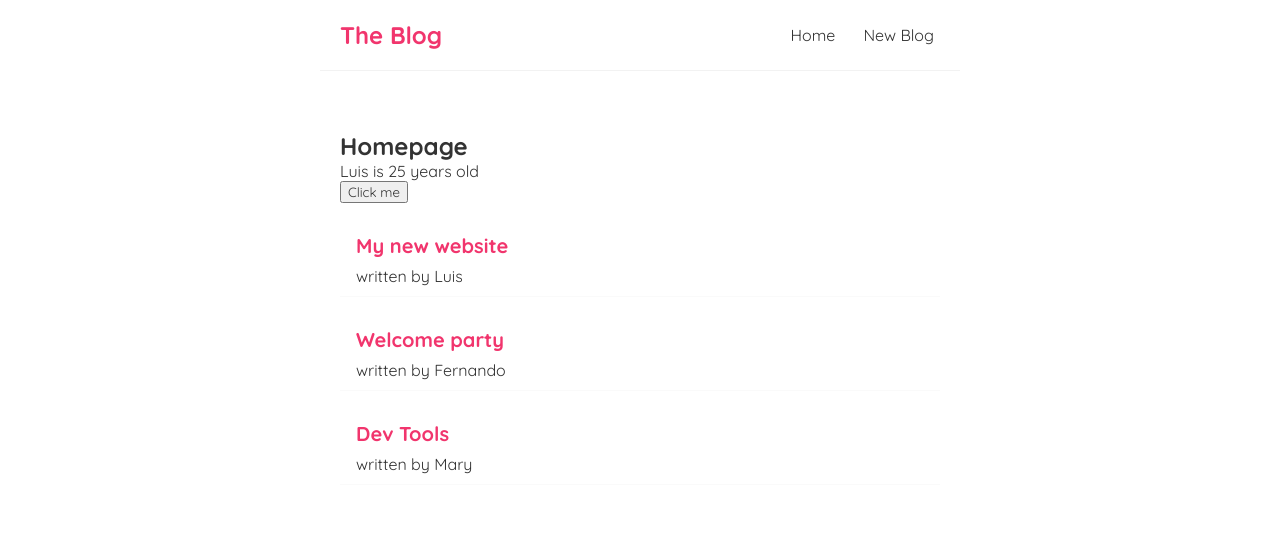
Repository: castilla-aurela/react-blog
Page: /
The author's editor kept a copy of each file at every save. The page is drawn from the files as they stood at one save, then again after the next save.
The browser window is 1280 px wide. The pictures show the whole page.
The project was rebuilt for these pictures with package versions that can differ from the ones it lists, and the page was loaded fresh each time.

Above is the page before, as saved 2022-02-18 11:22:42.

### src/index.css
@import url('https://fonts.googleapis.com/css2?family=Quicksand:wght@300;400;500;600;700&display=swap');

/* base styles */

* {
  margin: 0;
  font-family: "Quicksand";
  color: #333;
}

.navbar {
  padding: 20px;
  display: flex;
  align-items: center;
  max-width: 600px;
  margin: 0 auto;
  border-bottom: 1px solid #f2f2f2;
}
.navbar h1 {
  color: #f1356d;
}
.navbar .links {
  margin-left: auto;
}
.navbar a {
  margin-left: 16px;
  text-decoration: none;
  padding: 6px;
}
.navbar a:hover {
  color: #f1356d;
}
.content {
  max-width: 600px;
  margin: 40px auto;
  padding: 20px;
}

/* Blog previews /  list */

.blog-preview{
  padding: 10px 16px;
  margin: 20px 0;
  border-bottom: 1px solid #fafafa;
}
.blog-preview:hover{
  box-shadow: 1px 3px 5px rgba(0,0,0,0.1);
}
.blog-preview h2 {
  font-size: 20px;
  color: #f1356d;
  margin-bottom: 8px;
}

### src/App.js

import Home from './Home';
import Navbar from './Navbar';


function App() {
  return (
    <div className="App">
      <Navbar/>
      <div className='content'>
        <Home/>
      </div>
    </div>
  );
}

export default App;

### src/Home.js
import { useState } from "react";
import BlogList from "./BlogList";

const Home = () => {
  //let name = 'Luis'
  const [name, setName] = useState("Luis");
  const [age, setAge] = useState(25);
  const [blogs, setBlogs] = useState([
    {
      tittle: "My new website",
      body: "lorem ipsum ...",
      author: "Luis",
      id: 1,
    },
    {
      tittle: "Welcome party",
      body: "lorem ipsum ...",
      author: "Fernando",
      id: 2,
    },
    { tittle: "Dev Tools", body: "lorem ipsum ...", author: "Mary", id: 3 },
  ]);

  const handleClick = () => {
    //name = "Fernando";
    //console.log(name)
    setName("Fernando");
    setAge(30);
  };

  return (
    <div className="home">
      <h2>Homepage</h2>
      <p>
        {name} is {age} years old
      </p>
      <button onClick={handleClick}>Click me</button>
      <BlogList blogs={blogs} title="All Blogs!"/>
    </div>
  );
};

export default Home;

### src/Navbar.js
const Navbar = () => {
    return (
        <nav className="navbar">
            <h1>The Blog</h1>
            <div className="links">
                <a href="/">Home</a>
                <a href="/create" >New Blog</a>
            </div>
        </nav>

     );
}

export default Navbar;

### src/BlogList.js
const BlogList = (props) => {
    const blogs = props.blogs
    const title = props.tittle

    return (
        <div className="blog-list">
            <h2>{title}</h2>
            {blogs.map((blog) => (
        <div className="blog-preview" key={blog.id}>
          <h2>{blog.tittle}</h2>
          <p>written by {blog.author}</p>
        </div>
      ))}
        </div>
     );
}

export default BlogList;

Loaded but not shown: public/index.html (common file); src/index.js (common file)

After the next save:
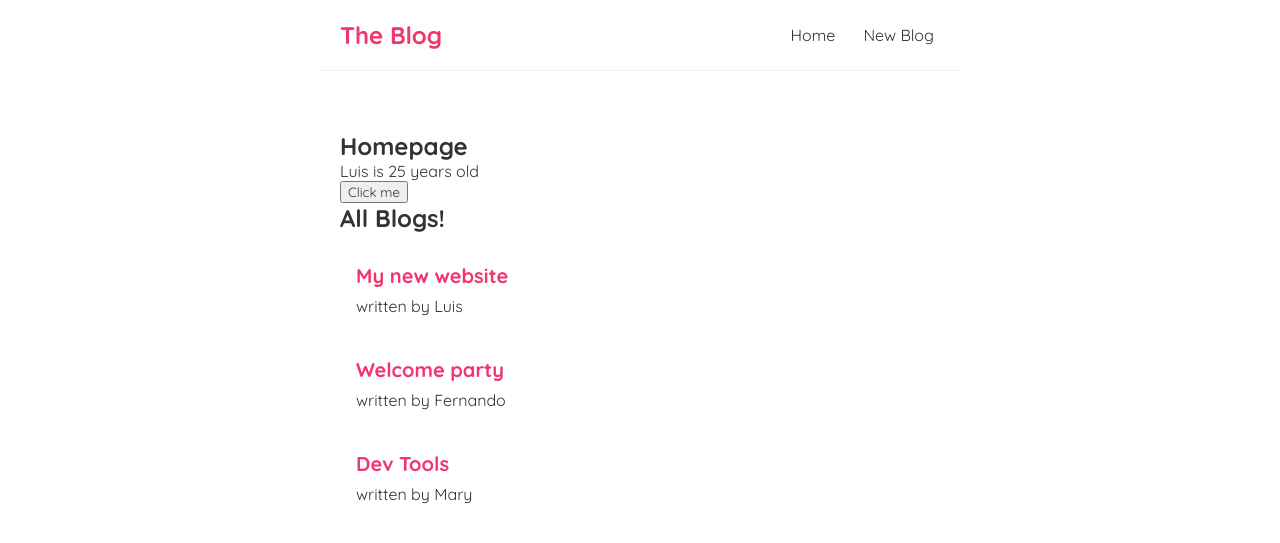
Saved 31 s later.
--- a/src/BlogList.js
+++ b/src/BlogList.js
@@ -1,6 +1,6 @@
 const BlogList = (props) => {
     const blogs = props.blogs
-    const title = props.tittle
+    const title = props.title
 
     return (
         <div className="blog-list">
